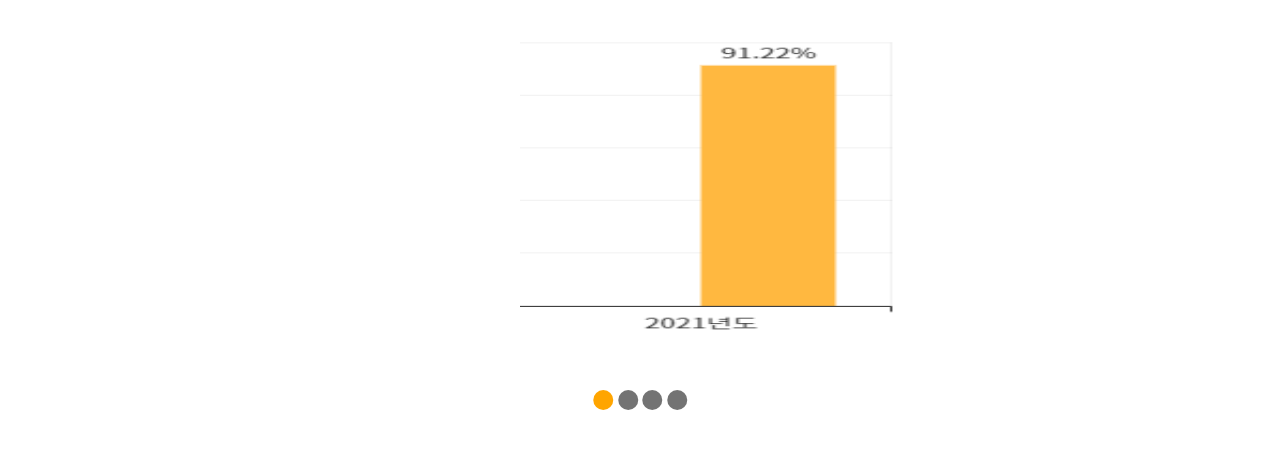
Repository: JavaJin96/kr.or.ddit.HighJava
Page: http://localhost/TeamProjectDCUM/work_psj/iframe_psj/getwork.jsp
These files come from the project's save history. The page is drawn as it stood at one moment and after the next save; the edit follows.
The browser window is 1280 px wide. The pictures show the whole page.
The page is served by Tomcat 9. Other server files are loaded and not shown.

Above is the page before, as saved 2022-02-16 00:58:03.

### 3.Highjava/workspace/TeamProjectDCUM/WebContent/work_psj/iframe_psj/getwork.jsp
<%@ page language="java" contentType="text/html; charset=UTF-8"
    pageEncoding="UTF-8"%>
<!DOCTYPE html>
<html>
<head>
<meta charset="UTF-8">
<title>Insert title here</title>
<!-- 카드 -->
<link rel="stylesheet" href="https://cdn.jsdelivr.net/npm/bootstrap@4.6.1/dist/css/bootstrap.min.css">
<script src="https://cdn.jsdelivr.net/npm/jquery@3.5.1/dist/jquery.slim.min.js"></script>
<script src="https://cdn.jsdelivr.net/npm/popper.js@1.16.1/dist/umd/popper.min.js"></script>
<script src="https://cdn.jsdelivr.net/npm/bootstrap@4.6.1/dist/js/bootstrap.bundle.min.js"></script>
<style>
/*---------------------- 슬라이드 ----------------------------*/
.slider{
    width: 640px;
    height: 400px;
    position: relative;
    margin: 3% auto;
    overflow: hidden; /* 현재 슬라이드 오른쪽에 위치한 나머지 슬라이드 들이 보이지 않도록 가림 */
/*     text-align: center; */
	display: flex;
}
.slider input[type=radio]{
    display: none;
}
img{
	width : 400px;
    height : 300px;
    margin-left: 200px;
}

ul.imgs{
    padding: 0;
    margin: 0;
    list-style: none;
}
ul.imgs li{
    position: absolute;
    left: 640px;
    transition-delay: 1s; /* 새 슬라이드가 이동해 오는 동안 이전 슬라이드 이미지가 배경이 보이도록 지연 */
    padding: 0;
    margin: 0;
}

.bullets{
    position: absolute;
    left: 50%;
    transform: translateX(-50%);
    bottom: 20px;
    z-index: 2;
}

.bullets label{
    display: inline-block;
    border-radius: 50%;
    background-color: rgba(0,0,0,0.55);
    width: 20px;
    height: 20px;
    cursor: pointer;
}

/* 현재 선택된 불릿 배경 흰색으로 구분 표시 */
.slider input[type=radio]:nth-child(1):checked~.bullets>label:nth-child(1){
    background-color: orange;
}

.slider input[type=radio]:nth-child(2):checked~.bullets>label:nth-child(2){
    background-color: orange;
}

.slider input[type=radio]:nth-child(3):checked~.bullets>label:nth-child(3){
    background-color: orange;
}

.slider input[type=radio]:nth-child(4):checked~.bullets>label:nth-child(4){
    background-color: orange;
}

 .slider input[type=radio]:nth-child(1):checked~ul.imgs>li:nth-child(1){
     left: 0;
     transition: 0.5s;
     z-index:1;
 }

 .slider input[type=radio]:nth-child(2):checked~ul.imgs>li:nth-child(2){
     left: 0;
     transition: 0.5s;
     z-index:1;
 }

 .slider input[type=radio]:nth-child(3):checked~ul.imgs>li:nth-child(3){
     left: 0;
     transition: 0.5s;
     z-index:1;
 }

 .slider input[type=radio]:nth-child(4):checked~ul.imgs>li:nth-child(4){
     left: 0;
     transition: 0.5s;
     z-index:1;
 }

</style>


</head>
<body>

	<div class="slider" targer="ifr">
	    <input type="radio" name="slide" id="slide1" checked>
	    <input type="radio" name="slide" id="slide2">
	    <input type="radio" name="slide" id="slide3">
	    <input type="radio" name="slide" id="slide4">

	    <ul id="imgholder" class="imgs">
	        <li><img src="<%=request.getContextPath()%>/images/main/getwork2.png" targer="ifr"></li>
	        <li><img src="<%=request.getContextPath()%>/images/main/getwork3.PNG" targer="ifr"></li>
	        <li><img src="<%=request.getContextPath()%>/images/main/getwork4.PNG" targer="ifr"></li>
	        <li><img src="<%=request.getContextPath()%>/images/main/getwork5.PNG" targer="ifr" ></li>
	    </ul>

	    <div class="bullets">
	        <label for="slide1">&nbsp;</label>
	        <label for="slide2">&nbsp;</label>
	        <label for="slide3">&nbsp;</label>
	        <label for="slide4">&nbsp;</label>
	    </div>
	</div>


</body>
</html>

After the next save:
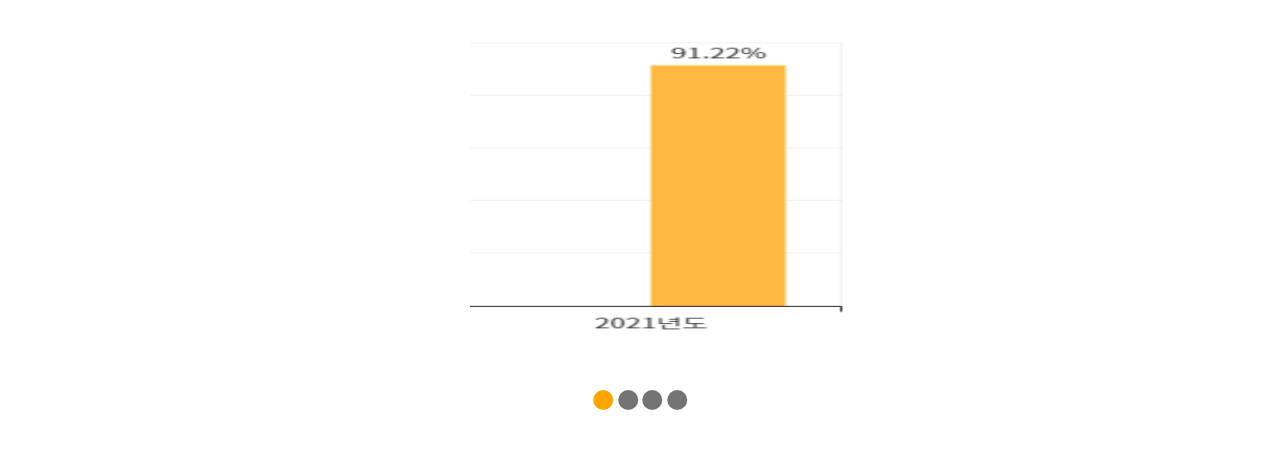
Saved 19 s later.
--- a/3.Highjava/workspace/TeamProjectDCUM/WebContent/work_psj/iframe_psj/getwork.jsp
+++ b/3.Highjava/workspace/TeamProjectDCUM/WebContent/work_psj/iframe_psj/getwork.jsp
@@ -27,7 +27,7 @@
 img{
 	width : 400px;
     height : 300px;
-    margin-left: 200px;
+    margin-left: 150px;
 }
 
 ul.imgs{
